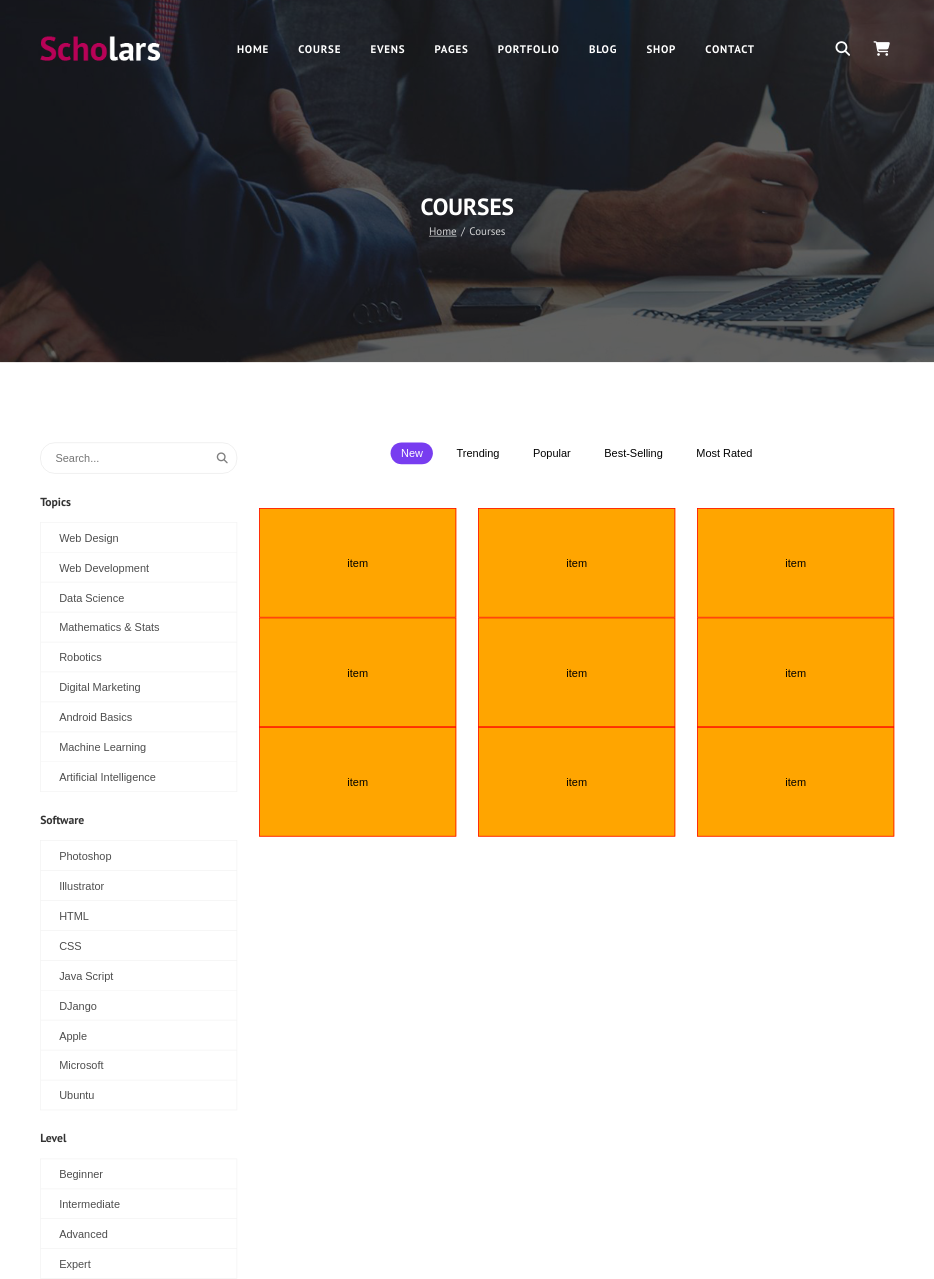
Repository: lannguyen1301/f8-zoom-day-7
Page: index.html
An editor plug-in stored every save of this project. The page is shown before and after the next save, followed by the edit.
The browser window is 1280 px wide. The pictures show the whole page, at 73% of full size.
Some web fonts or font styles are not loaded; a fallback is used.

Above is the page before, as saved 2025-04-24 23:59:33.

### index.html
<!DOCTYPE html>
<html lang="en">

<head>
    <meta charset="UTF-8">
    <meta name="viewport" content="width=device-width, initial-scale=1.0">
    <title>Scholars - Education, University & LMS HTML Template</title>

    <!-- Styles -->
    <link rel="stylesheet" href="./assets/css/reset.css">
    <link rel="stylesheet" href="./assets/css/style.css">

    <!-- Icon Font Awesome -->
    <link rel="stylesheet" href="https://cdnjs.cloudflare.com/ajax/libs/font-awesome/6.7.2/css/all.min.css"
        integrity="sha512-Evv84Mr4kqVGRNSgIGL/F/aIDqQb7xQ2vcrdIwxfjThSH8CSR7PBEakCr51Ck+w+/U6swU2Im1vVX0SVk9ABhg=="
        crossorigin="anonymous" referrerpolicy="no-referrer" />

    <!-- Font -->
    <link rel="preconnect" href="https://fonts.googleapis.com">
    <link rel="preconnect" href="https://fonts.gstatic.com" crossorigin>

    <link
        href="https://fonts.googleapis.com/css2?family=PT+Sans:ital,wght@0,400;0,700;1,400;1,700&family=Source+Sans+3:ital,wght@0,200..900;1,200..900&display=swap"
        rel="stylesheet">
</head>

<body>
    <div class="wrapper">
        <!-- Start header wrapper -->
        <div class="header-wrapper">
            <div class="inner">
                <div class="container header-container">
                    <!-- Start Header -->
                    <div class="header">
                        <!-- logo -->
                        <a href="./">
                            <img src="./assets/img/logo/logo.png" alt="Scholars Logo" class="header-logo">
                        </a>

                        <!-- Start Navigation -->
                        <ul class="nav">
                            <li class="item">
                                <a href="#!" class="link">Home</a>
                            </li>
                            <li class="item">
                                <a href="#!" class="link">Course</a>
                            </li>
                            <li class="item">
                                <a href="#!" class="link">Evens</a>
                            </li>
                            <li class="item">
                                <a href="#!" class="link">pages</a>
                            </li>
                            <li class="item">
                                <a href="#!" class="link">Portfolio</a>
                            </li>
                            <li class="item">
                                <a href="#!" class="link">Blog</a>
                            </li>
                            <li class="item">
                                <a href="#!" class="link">Shop</a>
                            </li>
                            <li class="item">
                                <a href="#!" class="link">Contact</a>
                            </li>
                        </ul>
                        <!-- End Navigation -->

                        <!-- User action -->
                        <div class="action-wrapper">
                            <button class="action-btn">
                                <i class="fa-solid fa-magnifying-glass"></i>
                            </button>
                            <button class="action-btn">
                                <i class="fa-solid fa-cart-shopping"></i>
                            </button>
                        </div>
                    </div>
                    <!-- End Header -->

                    <!-- Start Header Content -->
                    <div class="header-content">
                        <h1 class="heading">COURSES</h1>
                        <ul class="breadcrumb">
                            <li>
                                <a href="#!">Home</a>
                            </li>
                            <li>Courses</li>
                        </ul>
                    </div>
                    <!-- End Header Content -->
                </div>
            </div>
        </div>
        <!-- End header wrapper -->

        <!-- Start main -->
        <div class="main">
            <div class="container">
                <div class="inner">
                    <!-- Start sidebar -->
                    <div class="sidebar">
                        <!-- Start search form -->
                        <form action="" class="search-form" autocomplete="off">
                            <input type="text" name="" id="" placeholder="Search..." spellcheck="false"
                                class="search-input">
                            <button class="search-btn">
                                <i class="fa-solid fa-magnifying-glass"></i>
                            </button>
                        </form>
                        <!-- End search form -->

                        <!-- Start sidebar menu -->
                        <h2 class="menu-title">
                            Topics
                        </h2>
                        <ul class="menu">
                            <li>
                                <a href="#!">Web Design</a>
                            </li>
                            <li>
                                <a href="#!">Web Development</a>
                            </li>
                            <li>
                                <a href="#!">Data Science</a>
                            </li>
                            <li>
                                <a href="#!">Mathematics & Stats</a>
                            </li>
                            <li>
                                <a href="#!">Robotics</a>
                            </li>
                            <li>
                                <a href="#!">Digital Marketing</a>
                            </li>
                            <li>
                                <a href="#!">Android Basics</a>
                            </li>
                            <li>
                                <a href="#!">Machine Learning</a>
                            </li>
                            <li>
                                <a href="#!">Artificial Intelligence</a>
                            </li>
                        </ul>

                        <h2 class="menu-title">
                            Software
                        </h2>
                        <ul class="menu">
                            <li>
                                <a href="#!">Photoshop</a>
                            </li>
                            <li>
                                <a href="#!">Illustrator</a>
                            </li>
                            <li>
                                <a href="#!">HTML</a>
                            </li>
                            <li>
                                <a href="#!">CSS</a>
                            </li>
                            <li>
                                <a href="#!">Java Script</a>
                            </li>
                            <li>
                                <a href="#!">DJango</a>
                            </li>
                            <li>
                                <a href="#!">Apple</a>
                            </li>
                            <li>
                                <a href="#!">Microsoft</a>
                            </li>
                            <li>
                                <a href="#!">Ubuntu</a>
                            </li>
                        </ul>

                        <h2 class="menu-title">
                            Level
                        </h2>
                        <ul class="menu">
                            <li>
                                <a href="#!">Beginner</a>
                            </li>
                            <li>
                                <a href="#!">Intermediate</a>
                            </li>
                            <li>
                                <a href="#!">Advanced</a>
                            </li>
                            <li>
                                <a href="#!">Expert</a>
                            </li>
                        </ul>
                        <!-- End sidebar menu -->
                    </div>
                    <!-- End sidebar -->

                    <!-- Start main content -->
                    <div class="main-content">
                        <!-- Start topics -->
                        <ul class="topics">
                            <li class="active">
                                <a href="#!">New</a>
                            </li>
                            <li>
                                <a href="#!">Trending</a>
                            </li>
                            <li>
                                <a href="#!">Popular</a>
                            </li>
                            <li>
                                <a href="#!">Best-Selling</a>
                            </li>
                            <li>
                                <a href="#!">Most Rated</a>
                            </li>
                        </ul>
                        <!-- End topics -->

                        <!-- Start Courses lisst -->
                        <div class="courses-list">
                            <div class="courses-item">item</div>
                            <div class="courses-item">item</div>
                            <div class="courses-item">item</div>
                            <div class="courses-item">item</div>
                            <div class="courses-item">item</div>
                            <div class="courses-item">item</div>
                            <div class="courses-item">item</div>
                            <div class="courses-item">item</div>
                            <div class="courses-item">item</div>
                        </div>
                        <!-- End Courses lisst -->
                    </div>
                    <!-- End main content -->
                </div>
            </div>
        </div>
        <!-- End main -->
    </div>

</body>

</html>

### assets/css/style.css
*,
::before,
::after {
    box-sizing: border-box;
}

:root {
    --heading-font: "PT Sans", sans-serif;
    --black: #000;
    --white: #fff;
    --primary: #b80257;
    --secondary: #783df0;
}

html {
    font-size: 62.5%;
}

body {
    scroll-behavior: smooth;
    font-family: "Source Sans 3", sans-serif;
    font-size: 1.5rem;
}

h1,
h2,
h3,
h4,
h5,
h6 {
    font-family: var(--heading-font);
    font-weight: 700;
}

input,
button {
    border: none;
    outline: none;
    background: transparent;
    cursor: pointer;
}

a,
img,
button,
input,
textarea,
select {
    font-size: inherit;
    font-family: inherit;
    color: inherit;
    -webkit-tap-highlight-color: transparent;
    /**
        Thuộc tính -webkit-tap-highlight-color được sử dụng trong CSS
        để kiểm soát hiệu ứng highlight (màu nhấp nháy) khi người dùng chạm vào
        một phần tử trên các thiết bị di động sử dụng trình duyệt WebKit (Safari, Chrome trên iOS).
    **/
}

.container {
    width: 1170px;
    max-width: 100%;
    margin: 0 auto;
}

/* Start header wrapper */
.header-wrapper {
    display: flex;
    width: 100%;
    min-height: 496px;
    background-image: url(../img/banner/banner-2.jpg);
    background-repeat: no-repeat;
    background-size: cover;
    background-position: center;
}

.header-wrapper .inner {
    display: flex;
    width: 100%;
    background: rgba(0, 0, 0, 0.6);
}

.header-container {
    display: flex;
    flex-direction: column;
}

.header {
    display: flex;
    align-items: center;
    justify-content: space-between;
    padding-top: 40px;
}

.header-content {
    display: flex;
    flex-direction: column;
    align-items: center;
    justify-content: center;
    gap: 10px;
    flex-grow: 1;
    color: var(--white);
}

.header .nav {
    display: flex;
}

.nav a {
    display: inline-block;
    padding: 20px;
    color: var(--white);
    text-transform: uppercase;
    text-decoration: none;
    font-family: var(--heading-font);
    font-weight: 700;
    font-size: 1.5rem;
    letter-spacing: 1.1px;
}

.action-wrapper {
    display: flex;
    align-items: center;
    justify-content: center;
    gap: 20px;
}

.action-btn {
    font-size: 2rem;
    color: var(--white);
}

h1.heading {
    font-size: 3.2rem;
}

.breadcrumb {
    display: flex;
    font-family: var(--heading-font);
    font-size: 1.5rem;
    color: #fffc;
}

.breadcrumb li + li::before {
    content: "/";
    padding: 0 6px;
}

/* Start main */
.main {
    margin-top: 110px;
}

.main .inner {
    display: flex;
    gap: 30px;
}

/* Start sidebar */
.sidebar {
    width: 270px;
}

.search-form {
    display: flex;
    align-items: center;
    height: 43px;
    border: 1px solid #00000017;
    border-radius: 20px;
    overflow: hidden;
}

.search-input {
    flex-grow: 1;
    padding-left: 20px;
}

.search-input:not(:placeholder-shown) + .search-btn {
    color: #333;
}

.search-btn {
    padding: 0 20px;
    /* height: 100%; */
    align-self: stretch;
    color: #00000080;
}

.menu-title {
    margin-top: 30px;
    color: #333;
    font-size: 1.6rem;
}

ul.menu {
    margin-top: 20px;
    border: 1px solid #0000000d;
}

ul.menu li + li {
    border-top: 1px solid #0000000d;
}

.menu a {
    display: flex;
    align-items: center;
    height: 40px;
    padding: 0 25px;
    color: #000000b3;
    text-decoration: none;
}

.menu a:hover {
    color: var(--secondary);
}

.main .main-content {
    flex-grow: 1;
}

/* Topics */
.topics {
    display: flex;
    gap: 18px;
    justify-content: center;
}

.topics a {
    display: inline-block;
    height: 30px;
    padding: 0 14px;
    border-radius: 999px;
    text-decoration: none;
    line-height: 30px;
}

.topics .active a,
.topics a:hover {
    background: var(--secondary);
    /* border-radius: 999px; */
    color: var(--white);
}

/* Courses list */
.courses-list {
    display: flex;
    flex-wrap: wrap;
    margin-top: 60px;
    margin-left: -30px;
}

.courses-item {
    display: flex;
    align-items: center;
    justify-content: center;
    width: calc(33.333% - 30px);
    min-height: 150px;
    margin-left: 30px;
    background: orange;
    border: 1px solid red;
}

Loaded but not shown: assets/css/reset.css (common file)

After the next save:
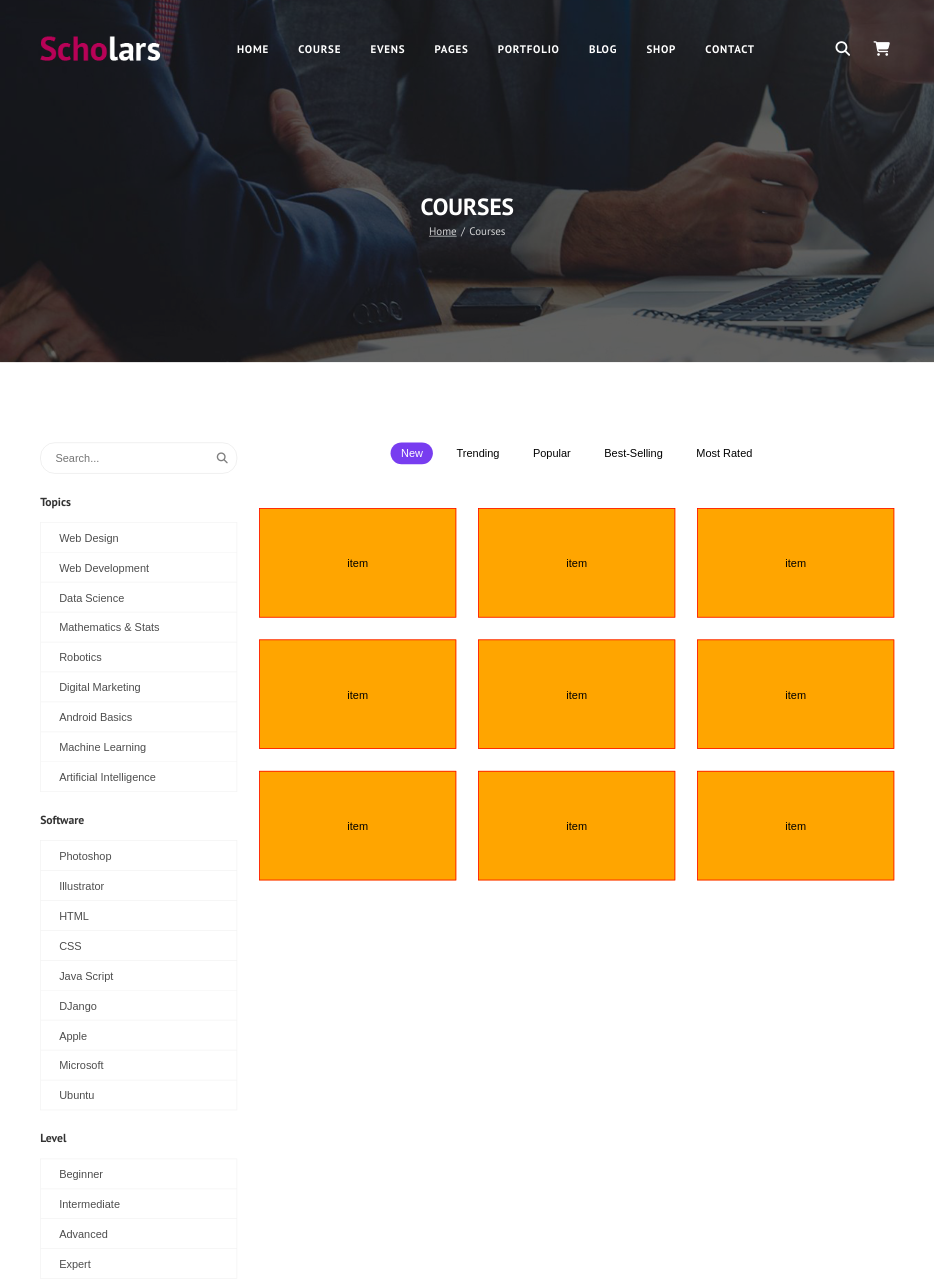
Saved 28 s later.
--- a/assets/css/style.css
+++ b/assets/css/style.css
@@ -245,6 +245,7 @@ ul.menu li + li {
 .courses-list {
     display: flex;
     flex-wrap: wrap;
+    row-gap: 30px;
     margin-top: 60px;
     margin-left: -30px;
 }
